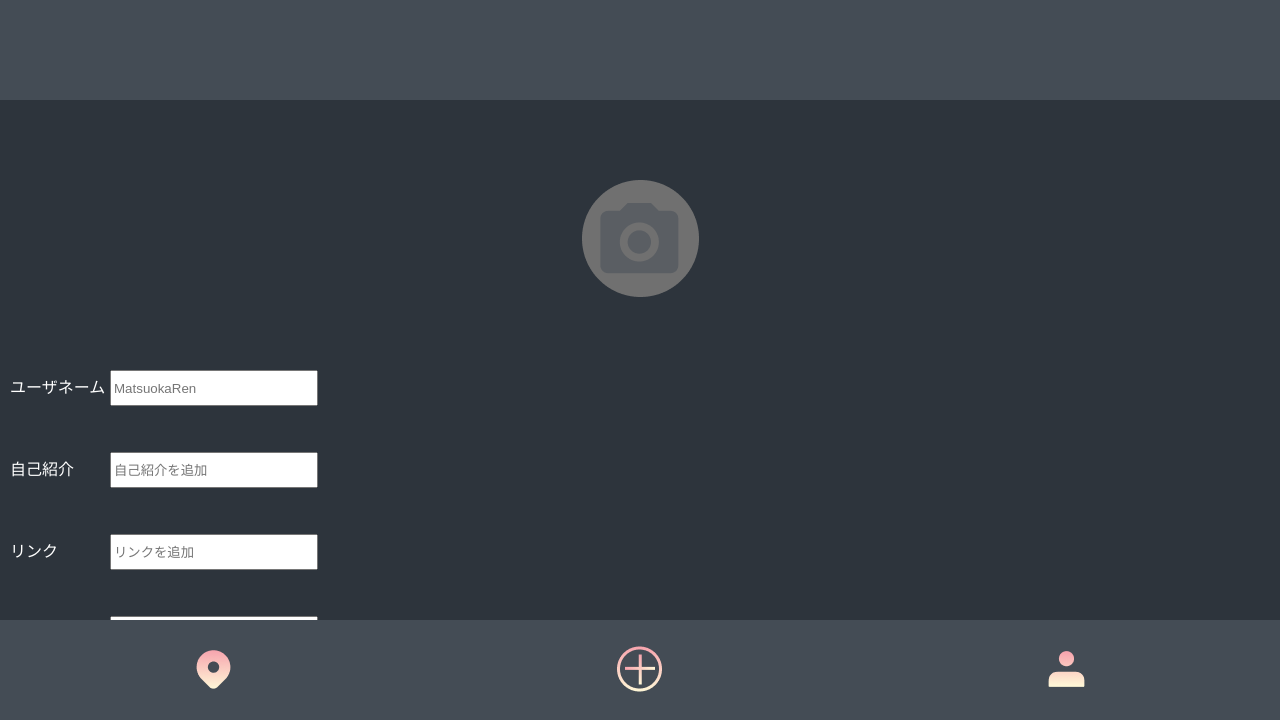
Repository: ren0714poo/respos
Page: edit.html
An editor plug-in stored every save of this project. The page is shown before and after the next save, followed by the edit.
The browser window is 1280 px wide. The pictures show the whole page.

Above is the page before, as saved 2025-07-17 14:14:30.

### edit.html
<!DOCTYPE html>
<html lang="ja">
<head>
  <meta charset="UTF-8">
  <meta name="viewport" content="width=device-width, initial-scale=1.0">
  <title>respos_edit</title>
  <link rel="stylesheet" href="css/edit.css">
</head>
<body>
  <header>
  </header>

  <main>
    <div class="edit_img"><img src="img/camera_chenge.png" alt="カメラ変更"></div>
    <div class="edit">
      <div class="edit_flex">
        <p>ユーザネーム</p>
        <input type="text" placeholder="MatsuokaRen"><br>
      </div>
      <div class="edit_flex">
        <p>自己紹介</p>
        <input type="text" placeholder="自己紹介を追加"><br>
      </div>
      <div class="edit_flex">
        <p>リンク</p>
        <input type="text" placeholder="リンクを追加"><br>
      </div>
      <div class="edit_flex">
        <p>好きな食べ物</p>
        <input type="text" placeholder="好きな食べ物の追加">
      </div>


    </div>
  </main>

  <footer>
    <button type="button" id="pin" onclick="location.href='top.html'"><img src="img/tabler_map-pin-filled.png" alt="ピン"></button>
    <button type="button"><img src="img/post.png" alt="投稿"></button>
    <button type="button" id="profile" onclick="location.href='profile.html'"><img src="img/icon-park-solid_people.png" alt="プロフィール"></button>
  </footer>

</body>
</html>

### css/edit.css
@media screen and (max-width:480px){


}

html, body {
  color: white;
  background: #2D343C;
  height: 100%;
  margin: 0;
  padding: 0;
  display: grid;
  grid-template-rows: 100px calc(100vh - 200px) 100px;
  grid-template-areas:
  "header"
  "main"
  "footer"
  ;
}



header{
  width: 100%;
  height: 100px;
  background: #444C55;
  display: flex;
  grid-area: header;
}




main{
  width: 100%;
  height: 100%;
  grid-area: main;
}

.edit {
  margin-top: 50px;
  line-height: 50px;
}
.edit_flex{
  display: flex;
p{
  width: 100px;
  margin-left: 10px;
}
input{
  width: 200px;
  height: 30px;
  margin: auto 0;
}
}

.edit_img {
  display: flex;
  flex-direction: column;
  align-items: center;
  margin-top: 80px;
}











footer {
  background: #444C55;
  display: flex;
  justify-content: space-around;
  align-items: center;
}

footer button {
  background: transparent;
  border: none;
}

After the next save:
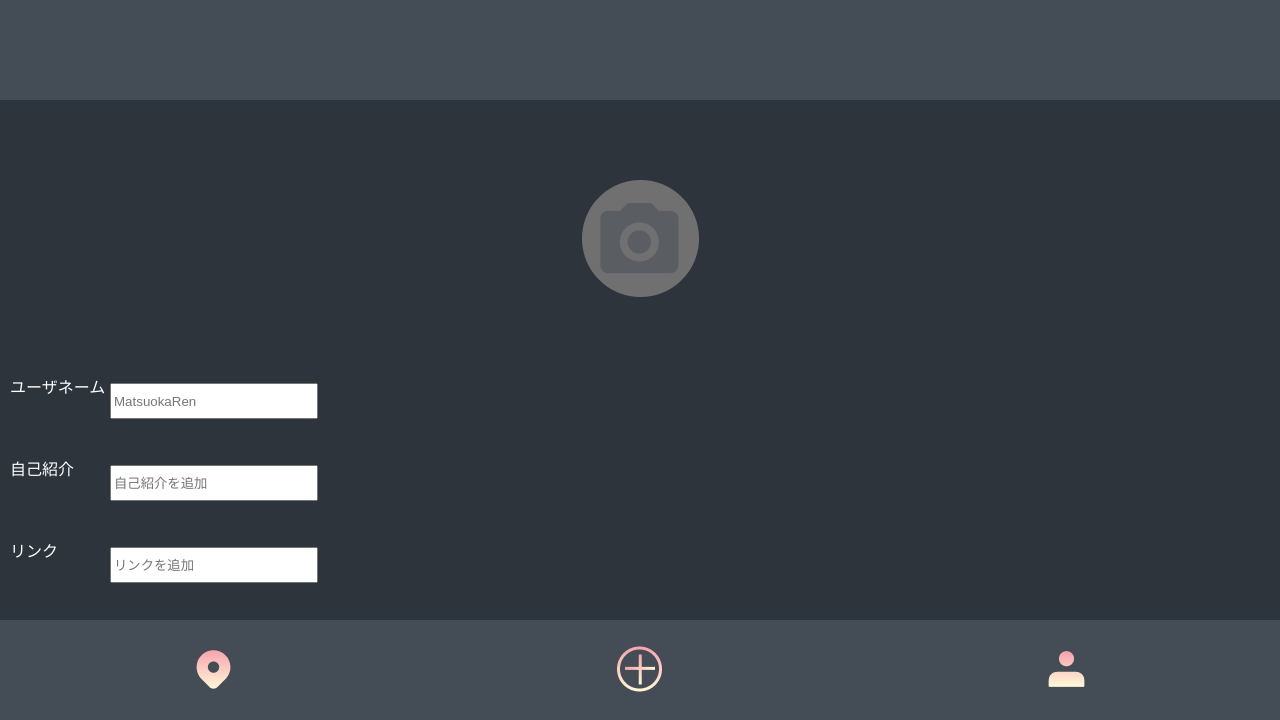
Saved 71 s later.
--- a/css/edit.css
+++ b/css/edit.css
@@ -50,7 +50,8 @@ p{
 input{
   width: 200px;
   height: 30px;
-  margin: auto 0;
+  margin: auto 0 10px;
+
 }
 }
 
